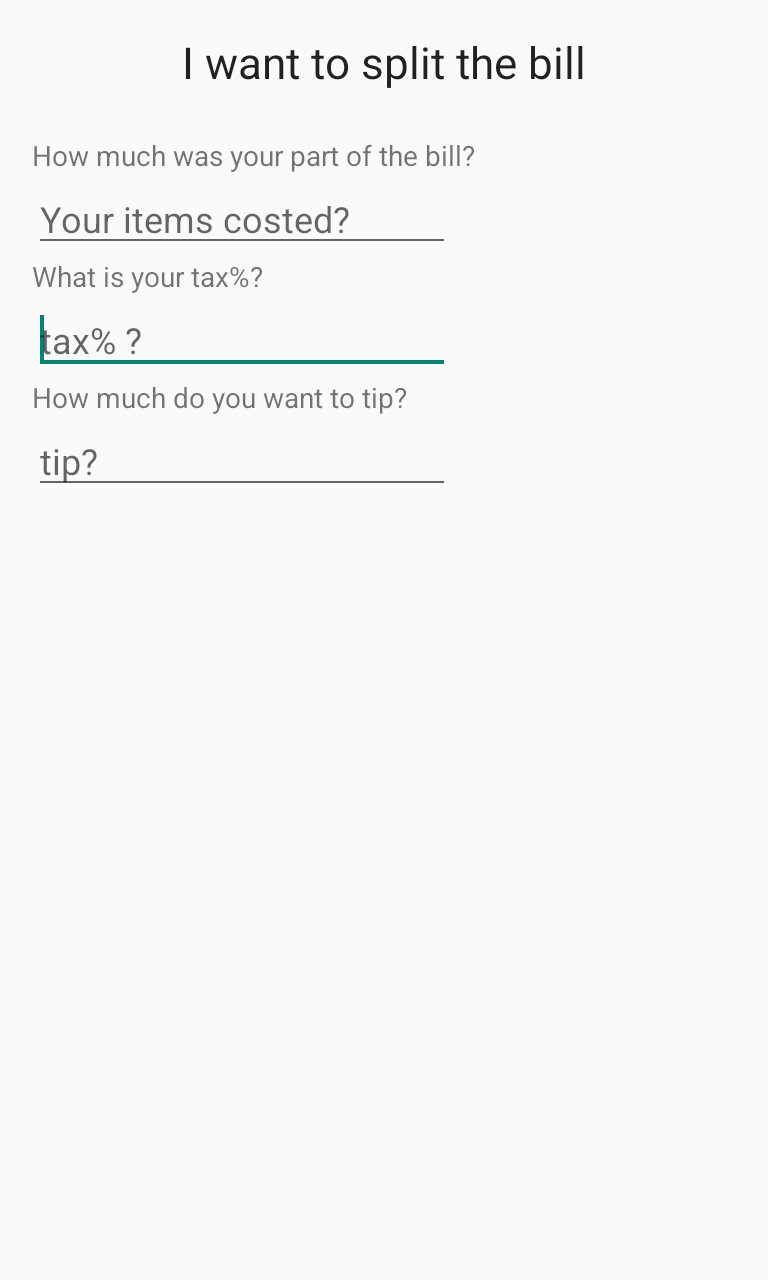
Repository: any027/BillHelper
Layout: BillHelper/res/layout/split_bill.xml
These files come from the project's save history. The layout is drawn as it stood at one moment and after the next save; the edit follows.
It is drawn on a 768 x 1280 px phone screen (xhdpi) without system bars, with theme AppTheme; the app's code is not run.

Above is the layout before, as saved 2015-07-04 03:55:08.

After the next save:
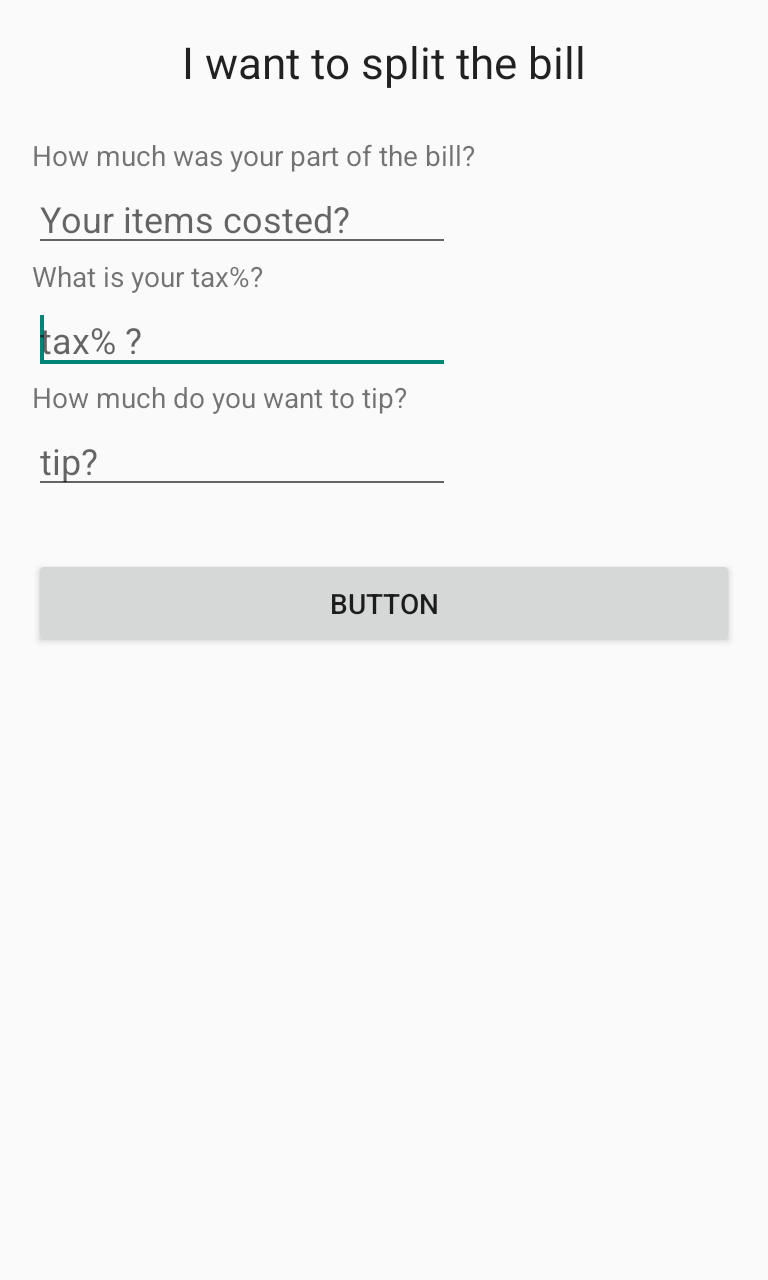
Saved 23 s later.
--- a/BillHelper/res/layout/split_bill.xml
+++ b/BillHelper/res/layout/split_bill.xml
@@ -83,6 +83,14 @@
         android:inputType="numberDecimal"
         android:hint="tip?"/>
 
-
+    <Button
+        android:id="@+id/button1"
+        android:layout_width="wrap_content"
+        android:layout_height="wrap_content"
+        android:layout_alignLeft="@+id/editText2"
+        android:layout_alignParentRight="true"
+        android:layout_below="@+id/editText2"
+        android:layout_marginTop="28dp"
+        android:text="Button" />
 
 </RelativeLayout>
